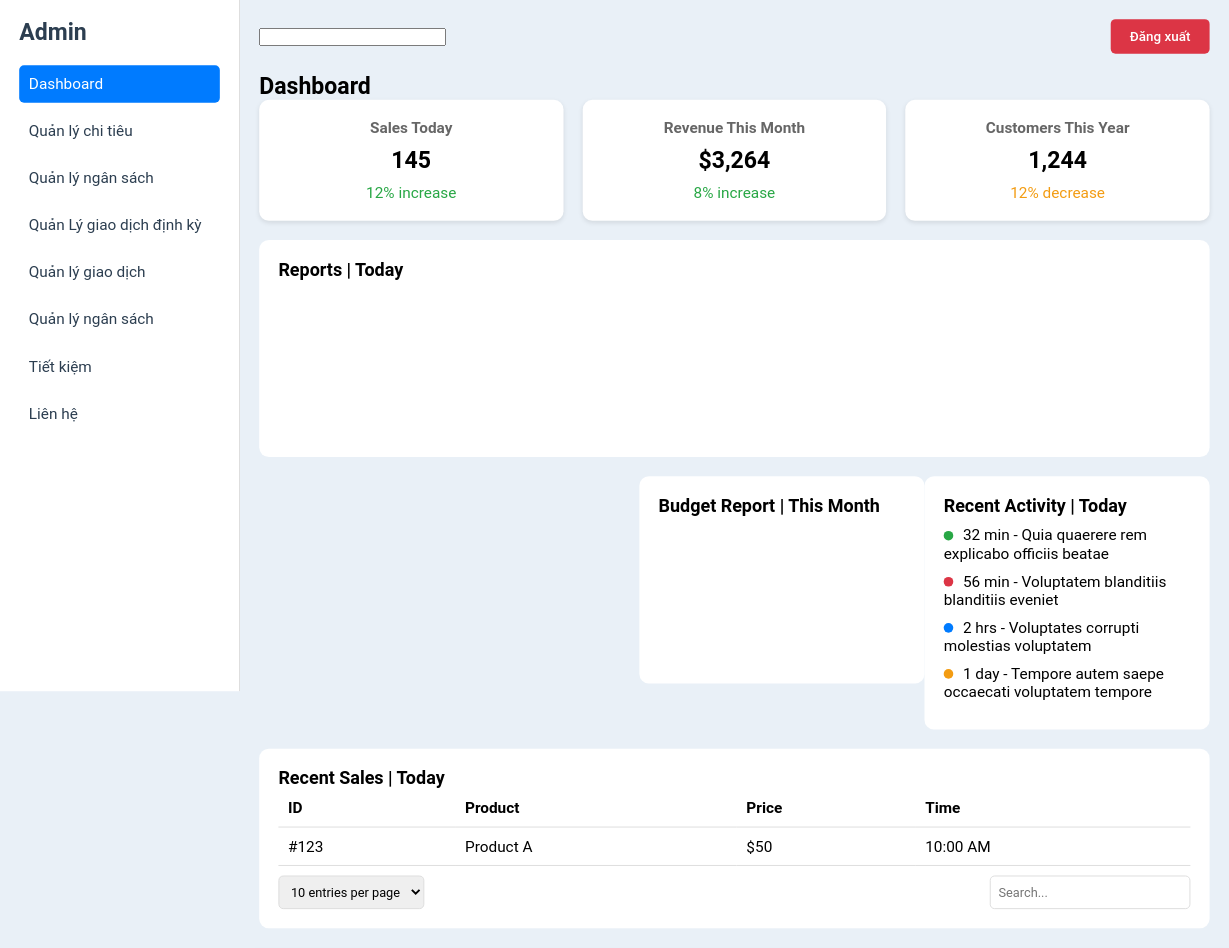
Repository: PhanVanHoa051204/Project3
Page: http://localhost/Project3/dashboard.jsp
The author's editor kept a copy of each file at every save. The page is drawn from the files as they stood at one save, then again after the next save.
The browser window is 1280 px wide. The pictures show the whole page, at 96% of full size.
The page is served by Tomcat 9.

Above is the page before, as saved 2025-03-12 14:02:50.
Console error: ReferenceError: Chart is not defined

After the next save:
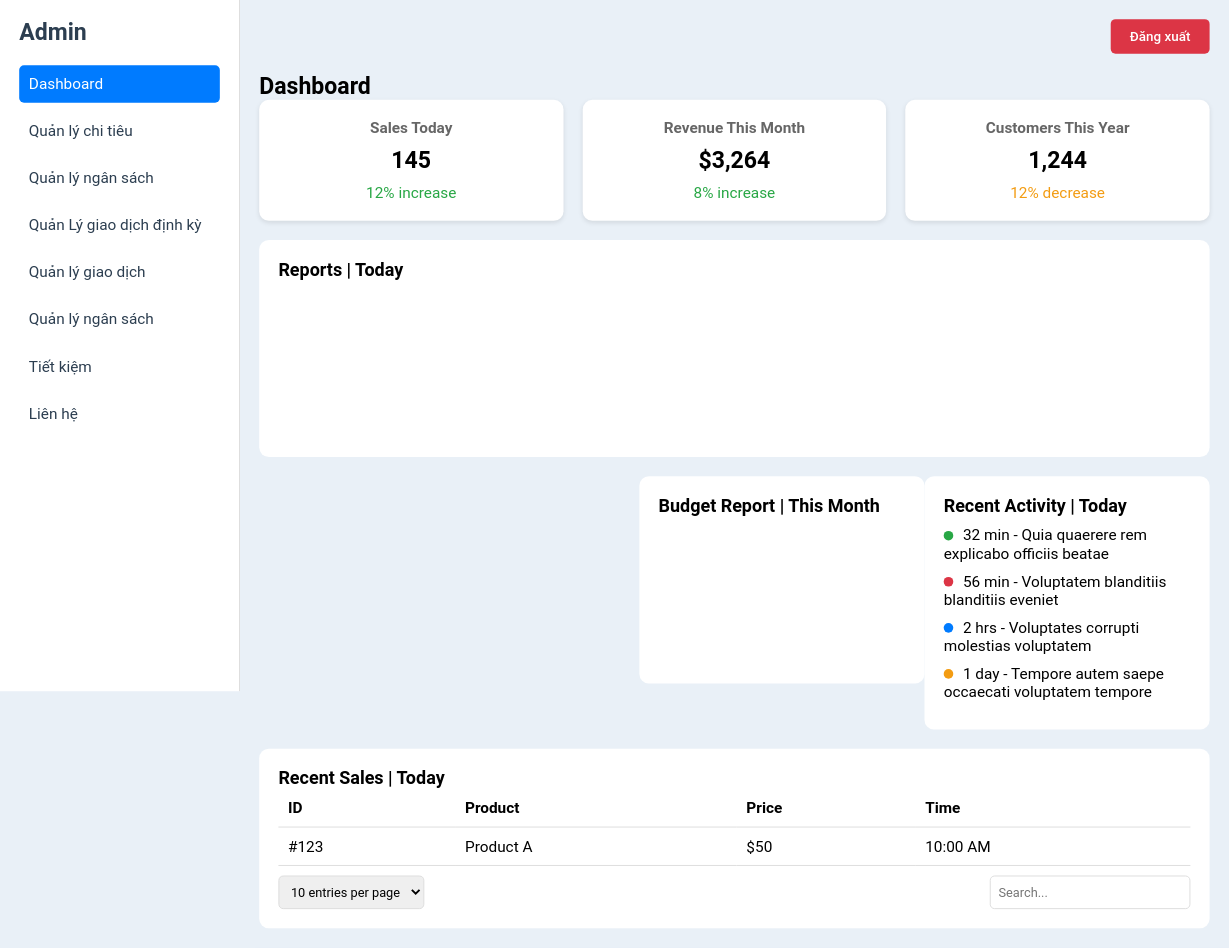
Saved 11 s later.
--- a/PhanVanHoa_2210900023_K22CNT1/Project3/src/main/webapp/dashboard.jsp
+++ b/PhanVanHoa_2210900023_K22CNT1/Project3/src/main/webapp/dashboard.jsp
@@ -31,7 +31,7 @@
 		<div class="main-content">
 			<header>
 				 <div class="">
-					<input type="" placeholder="">
+					<!-- <input type="" placeholder=""> -->
 				</div>
 				<div class="submit-section">
 					<a href="login.jsp" class="logout-btn">Đăng xuất</a>
